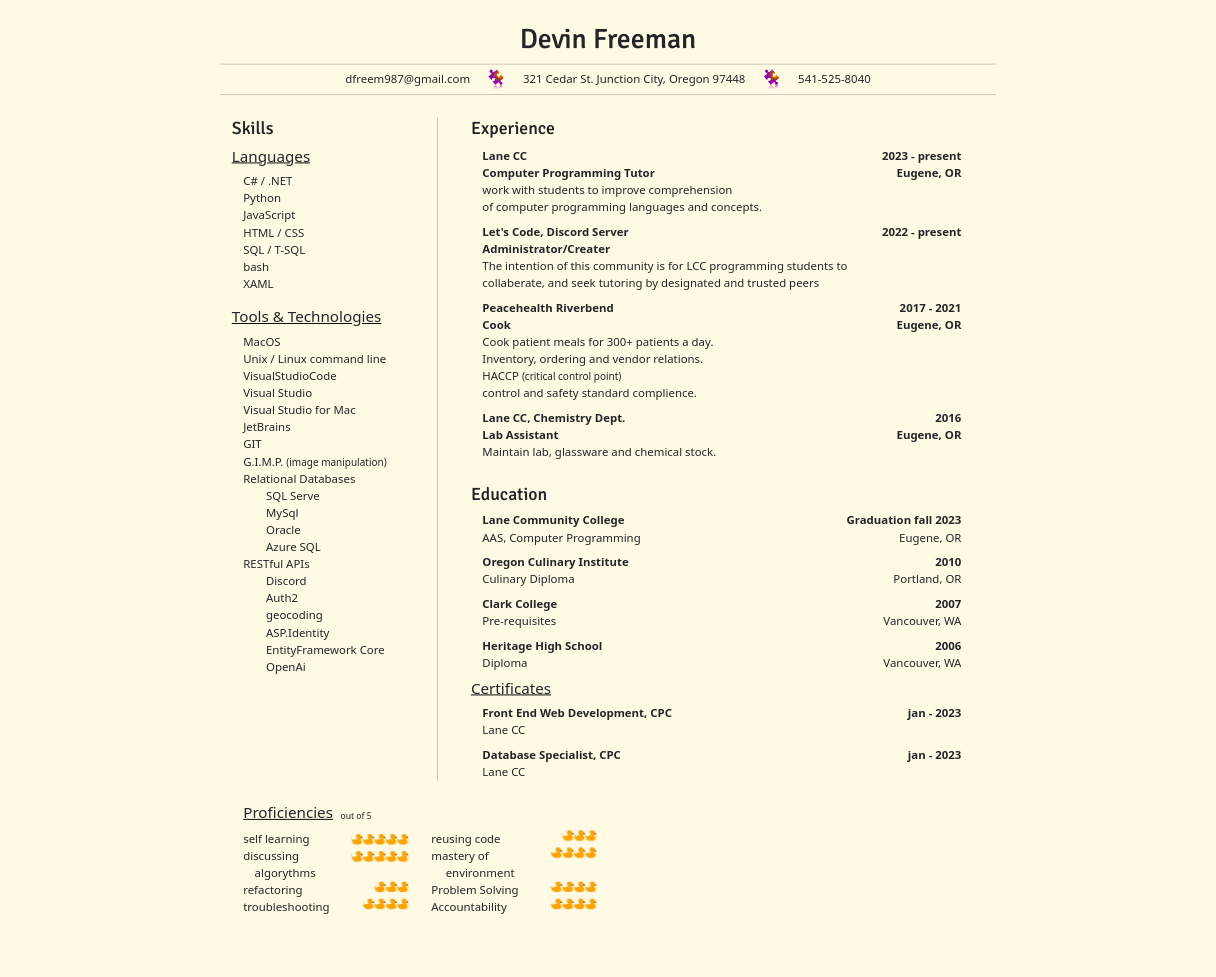
Repository: Dfreem/Resume
Page: index.html
The author's editor kept a copy of each file at every save. The page is drawn from the files as they stood at one save, then again after the next save.
The browser window is 1280 px wide. The pictures show the whole page, at 95% of full size.

Above is the page before, as saved 2023-02-13 13:07:31.

### index.html
<!DOCTYPE html>
<html lang="en">

<head>
    <meta charset="UTF-8">
    <meta http-equiv="X-UA-Compatible" content="IE=edge">
    <meta name="viewport" content="width=device-width, initial-scale=1.0">
    <link href="https://cdn.jsdelivr.net/npm/bootstrap@5.3.0-alpha1/dist/css/bootstrap.min.css" rel="stylesheet"
        integrity="sha384-GLhlTQ8iRABdZLl6O3oVMWSktQOp6b7In1Zl3/Jr59b6EGGoI1aFkw7cmDA6j6gD" crossorigin="anonymous">
    <link href="resume.css" rel="stylesheet" />
    <title>Devin Freeman</title>
</head>

<body>

    <h1>Devin Freeman</h1>
    <hr />

    <!-- ========= banner ========= -->

    <div class="personal-info">
        dfreem987@gmail.com
        &emsp;
        <span><img src="puzzle.png" class="puzzle-piece"></img></span>
        &emsp;
        321 Cedar St. Junction City, Oregon 97448
        &emsp;
        <span><img src="puzzle.png" class="puzzle-piece"></img></span>
        &emsp;
        541-525-8040
        <!-- &nbsp;freemand@my.lanecc.edu -->
    </div>
    <hr />
    <!-- ========= Skills start ========= -->

    <div class="hstack">
        <div class="vstack skill-stack">
            <h2>Skills</h2>

            <!-- ========= programming language list ========= -->

            <ul class="skill">
                <div class="d-flex flex-row flex-nowrap">
                    <h3>Languages</h3>
                </div>
                <li class="d-flex flex-row flex-nowrap">
                    C# / .NET</li>
                <li class="d-flex flex-row flex-nowrap">
                    Python</li>
                <li class="d-flex flex-row flex-nowrap">
                    JavaScript</li>
                <li class="d-flex flex-row flex-nowrap">
                    HTML / CSS</li>
                <li class="d-flex flex-row flex-nowrap">
                    SQL / T-SQL</li>
                <li class="d-flex flex-row flex-nowrap">
                    bash</li>
                <li class="d-flex flex-row flex-nowrap">
                    XAML</li>
            </ul>
            <ul class="skill">
                <div>
                    <h3>Tools & Technologies</h3>
                </div>
                <li>MacOS</li>
                <li>Unix / Linux command line</li>
                <li>VisualStudioCode</li>
                <li>Visual Studio</li>
                <li>Visual Studio for Mac</li>
                <li>JetBrains </li>
                <li>GIT</li>
                <li>G.I.M.P. <small>(image manipulation)</small></li>
                <li>
                    <ul>
                        Relational Databases
                        <li class="ms-4">SQL Serve</li>
                        <li class="ms-4">MySql</li>
                        <li class="ms-4">Oracle</li>
                        <li class="ms-4">Azure SQL</li>
                    </ul>
                </li>
                <li>
                    <ul>
                        RESTful APIs
                        <li class="ms-4">Discord</li>
                        <li class="ms-4">Auth2</li>
                        <li class="ms-4">geocoding</li>
                        <li class="ms-4">ASP.Identity</li>
                        <li class="ms-4">EntityFramework Core</li>
                        <li class="ms-4">OpenAi</li>
                    </ul>
                </li>
                <li>

                </li>
                <li>

                </li>
            </ul>

            <!-- ========= Soft Skills ========= -->


            <!-- ========= Professional References ========= -->

            <!-- <hr class="my-3" />
                <h3>References</h3>
                <dl class="profs me-2">
                    <dt class="d-flex flex-row flex-nowrap">
                        Bryce Fisher
                        <div class="push-right">
                            Lane CC, 2022
                        </div>
                    </dt>
                    <dd>
                        <b>collaborator / school colleague</b><br />
                        360-913-4165 <br />
                        bryce.e.fisher@gmail.com.
                    </dd>
                </dl>

                <dl class="profs me-2">
                    <dt class="d-flex flex-row flex-nowrap">
                        Ben Wilson
                        <div class="push-right">
                            Lane CC, 2022
                    </div>
                </dt>
                <dd>
                    <b>school colleague / tutee</b><br />
                    541-870-0555<br />
                    benosliw@gmail.com
                </dd>
            </dl>

            <dl class="profs me-2">
                <dt class="d-flex flex-row flex-nowrap">
                    Paul Frost
                    <div class="push-right">
                        Lane CC, 2022
                    </div>
                </dt>
                <dd>
                    <b>school colleague / tutee</b><br />
                    458-210-0711<br />
                    workpaulfrost@gmail.com<br />

                </dd>
            </dl> -->
        </div>
        <div class="vr my-4"></div>
        <div class="vstack work-stack">

            <!-- ========= Most Recent Work History ========= -->

            <dl class="work-history mt-4">
                <h2>Experience</h2>

                <!-- ========== Experience ========== -->

                <div class="container work-container">
                    <dt class="d-flex flex-nowrap flex-row">
                        Lane CC
                        <br />
                        Computer Programming Tutor
                        <div class="push-right">
                            2023 - present
                            <br />
                            Eugene, OR
                        </div>
                    </dt>
                    <dd class="ed-details">
                        work with students to improve comprehension <br /> of computer programming languages and
                        concepts.
                    </dd>
                </div>

                <div class="container work-container">
                    <dt class="d-flex flex-nowrap flex-row">
                        Let's Code, Discord Server<br />
                        Administrator/Creater
                        <div class="push-right">2022 - present</div>
                    </dt>
                    <dd class="ed-title">
                        The intention of this community is for LCC programming students to<br />
                        collaberate, and seek tutoring by designated and trusted peers
                    </dd>
                </div>
                <!-- ========== work history slot 2 ========== -->
                <div class="container work-container">
                    <dt class="d-flex flex-nowrap flex-row">
                        Peacehealth Riverbend
                        <br />
                        Cook
                        <div class="push-right">
                            2017 - 2021
                            <br />
                            Eugene, OR
                        </div>
                    </dt>
                    <dd class="ed-details">
                        Cook patient meals for 300+ patients a day. <br />
                        Inventory, ordering and vendor relations. <br />
                        HACCP <small>(critical control point)</small><br />
                        control and safety standard complience. <br />
                    </dd>
                </div>

                <!-- ========== work history slot 3 ========== -->
                <!--
                    <div class="container work-container">
                        <dt class="d-flex flex-nowrap flex-row">
                            McMenamins
                            <br />
                            Assistant kitchen manager
                            <div class="push-right">
                                2011-2013
                                <br />
                                Portland, OR
                                <br />
                            </div>
                        </dt>
                        <dd class="ed-details">
                            Staff management. Food order expeditor. <br />
                            Proficient in all stations including Pizza Kitchen.
                        </dd>
                    </div> -->

                <!-- ========== work history slot 3 ========== -->

                <div class="container work-container">
                    <dt class="d-flex flex-nowrap flex-row">
                        Lane CC, Chemistry Dept.
                        <br />
                        Lab Assistant
                        <div class="push-right">
                            2016
                            <br />
                            Eugene, OR
                        </div>
                    </dt>
                    <dd class="ed-details">Maintain lab, glassware and chemical stock.</dd>
                </div>
            </dl>

            <!-- ========== Education Start ========== -->

            <dl class="education">
                <h2>Education</h2>

                <!-- ========== Education slot 1 ========== -->

                <div class="container work-container">
                    <dt class="d-flex flex-nowrap flex-row">
                        <div class="ed-title">Lane Community College</div>
                        <div class="push-right">Graduation fall 2023</div>
                    </dt>
                    <dd class="d-flex flex-nowrap flex-row">
                        <div class="ed-title">AAS, Computer Programming </div>
                        <span class="push-right"> Eugene, OR </span>
                    </dd>
                </div>

                <!-- ========== Education slot 2 ========== -->

                <div class="container work-container">
                    <dt class="d-flex flex-nowrap flex-row">
                        <div class="ed-title">Oregon Culinary Institute</div>
                        <span class="push-right">2010</span>
                    </dt>
                    <dd class="d-flex flex-nowrap flex-row">
                        <div class="ed-title">Culinary Diploma</div>
                        <span class="push-right">Portland, OR</span>
                    </dd>
                </div>

                <!-- ========== Education slot 3 ========== -->

                <div class="container work-container">
                    <dt class="d-flex flex-nowrap flex-row">
                        <div class="ed-title">Clark College</div>
                        <span class="push-right">2007</span>
                    </dt>
                    <dd class="d-flex flex-nowrap flex-row">
                        <div class="ed-title">Pre-requisites</div>
                        <span class="push-right">Vancouver, WA</span>
                    </dd>
                </div>

                <!-- ========== Education slot 4 ========== -->

                <div class="container work-container">
                    <dt class="d-flex flex-nowrap flex-row">
                        <div class="ed-title">Heritage High School</div>
                        <span class="push-right">2006</span>
                    </dt>
                    <dd class="d-flex flex-nowrap flex-row">
                        <div class="ed-title">Diploma</div>
                        <span class="push-right">Vancouver, WA</span>
                    </dd>
                </div>
                <!-- ========= Certifications ========= -->


                <h3>Certificates</h3>
                <div class="container work-container">
                    <dt class="d-flex flex-row flex-nowrap">
                        <div class="ed-title">Front End Web Development, CPC</div>
                        <span class="push-right">jan - 2023</span>
                    </dt>
                    <dd>Lane CC</dd>
                </div>

                <div class="container work-container">
                    <dt class="d-flex flex-row flex-nowrap">
                        <div class="ed-title">Database Specialist, CPC </div>
                        <span class="push-right">jan - 2023</span>
                    </dt>
                    <dd>Lane CC
                    </dd>
                </div>
            </dl>
            <!-- <hr /> -->
        </div>
    </div>
    <div class="row container mx-auto profs ">
        <div class="d-flex flex-row flex-nowrap mx-auto">

            <h3>Proficiencies</h3>
            <div class="ms-2">
                <sub>out of 5</sub>
            </div>

        </div>
        <div class="col-3">
            <ul>
                <li class="d-flex flex-row flex-nowrap">
                    self learning<div class="push-right five"></div>
                </li>
                <li class="d-flex flex-row flex-nowrap">
                    discussing <br />&emsp;algorythms<div class="push-right five"></div>
                </li>
                <li class="d-flex flex-row flex-nowrap">
                    refactoring<div class="push-right three"></div>
                </li>
                <li class="d-flex flex-row flex-nowrap">
                    troubleshooting<div class="push-right four"></div>
                </li>
            </ul>
        </div>
        <div class="col-3">
            <ul class="profs">
                </class=>
                <li class="d-flex flex-row flex-nowrap">
                    reusing code<div class="push-right three"></div>
                </li>
                <li class="d-flex flex-row flex-nowrap">
                    mastery of <br />&emsp; environment<div class="push-right four">
                    </div>
                </li>
                <li class="d-flex flex-row flex-nowrap">
                    Problem Solving<div class="push-right four"></div>
                </li>
                <li class="d-flex flex-row flex-nowrap">
                    Accountability<div class="push-right four"></div>
                </li>
            </ul>
        </div>

</body>
<script src="https://cdn.jsdelivr.net/npm/bootstrap@5.3.0-alpha1/dist/js/bootstrap.bundle.min.js"
    integrity="sha384-w76AqPfDkMBDXo30jS1Sgez6pr3x5MlQ1ZAGC+nuZB+EYdgRZgiwxhTBTkF7CXvN"
    crossorigin="anonymous"></script>

</html>

### resume.css
@import url('https://fonts.googleapis.com/css2?family=Raleway:ital,wght@0,500;0,700;0,800;1,500&family=Signika:wght@400;500;700&display=swap');

/*
font-family: 'Raleway', sans-serif;
font-family: 'Signika', sans-serif;
*/
body {
    /* padding-inline: 0.5in; */
    padding-block-start: 2em;
    margin: auto;
    margin-bottom:0.5in;
    max-width: 8.5in;
    min-width: 8.5in;
    max-height: 11in;
    font-size: 12px;
    background-color: rgb(255, 250, 228);
}

.personal-info {
    text-align: center;
    margin-bottom: 0;
}

h1 {
    font-family: 'Signika', sans-serif;
    text-align: center;
    font-size: 22pt;
    letter-spacing: 105%;
}

h2 {
    font-family: 'Signika', sans-serif;
    font-size: 14pt;
    margin-block-start: 0;
}

h3 {
    font-size: 12pt;
    width: fit-content;
    text-decoration: underline solid black;
}

h4 {
    font-size: 12pt;
}

.puzzle-piece {
    width: 1.6em;
    margin-block: .3em;
}

.work-history {
    min-width: 90%;
    align-self: flex-end;
    margin-inline-end: 2em;
}

.seperater {
    position: relative;
    right: -35%;
    height:25px;
}

.education {
    align-self: flex-end;
    margin-inline-end: 2em;
    width: 90%;
}

.skill-stack {
    min-width:25%;
    max-width: 25%;
    margin-inline:1em;
    margin-block-end: 1em;
    margin-top: 2em;
    height: fit-content;
    /* background-color: chartreuse; */
}

.push-right {
    margin-inline-start: auto;
    text-align: right;
}

.profs {
    font-size: 12px;
    position:relative;
    /* margin:auto; */
}

.five {
    background-image: url("ducky.png");
    background-size: 12px;
    background-repeat: repeat-x;
    width:60px;
    background-position: 0 4px;
 }

.four {
    background-image: url("ducky.png");
    background-size: 12px;
    background-repeat: repeat-x;
    width:48px;
    /* background-position: ; */
}

.three {
    background-image: url("ducky.png");
    background-size: 12px;
    background-repeat: repeat-x;
    width:36px;
 }
.two {
    background-image: url("ducky.png");
    background-size: 12px;
    background-repeat: repeat-x;
    width:24px;
 }

 .skill > li {
    text-indent: 1em;
 }

hr {
    margin-block: 0;
}

ul {
    padding-Inline: 0;
}

li {
    list-style: none;
}

After the next save:
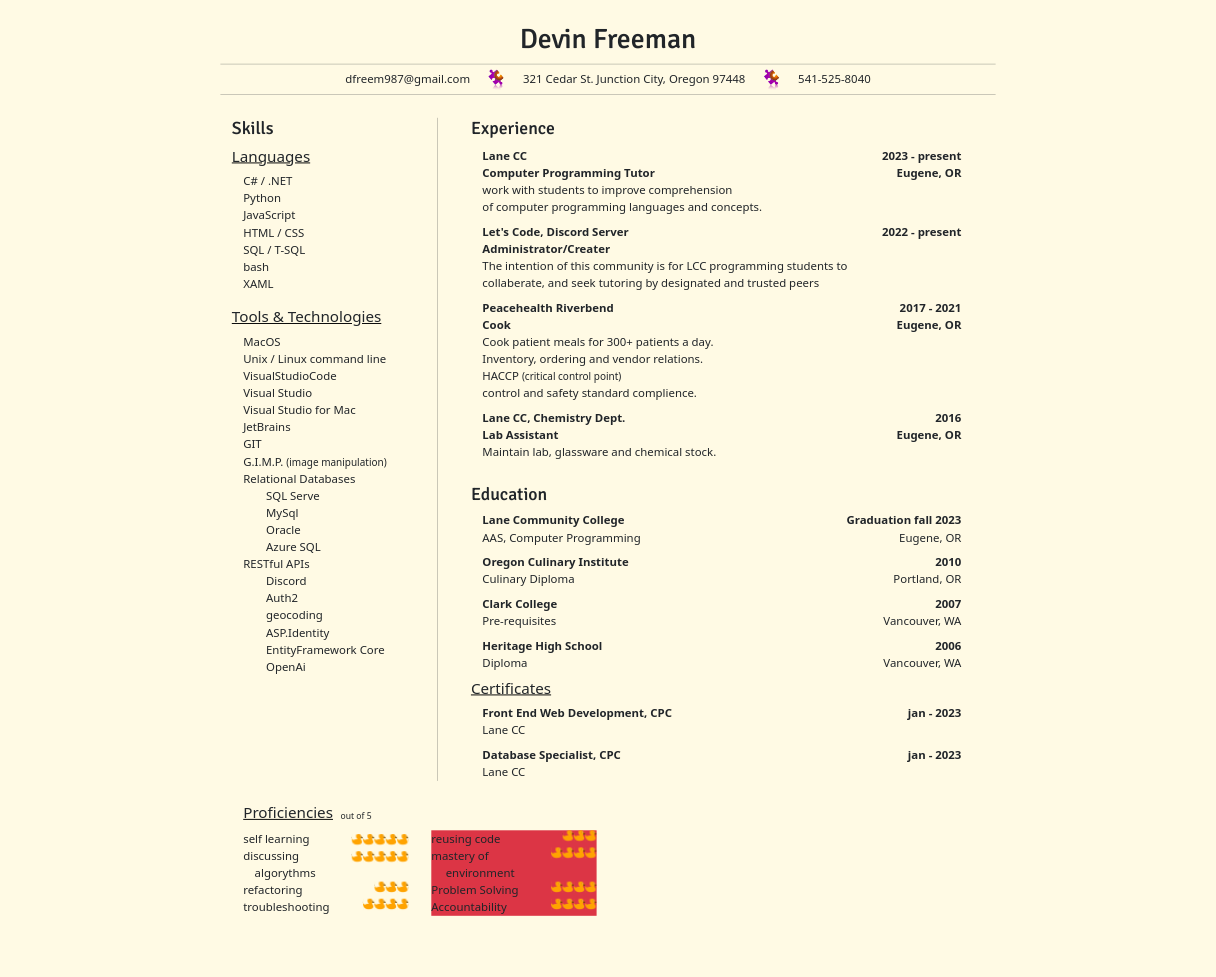
Saved 8 s later.
--- a/index.html
+++ b/index.html
@@ -349,7 +349,7 @@
             </ul>
         </div>
         <div class="col-3">
-            <ul class="profs">
+            <ul class="profs bg-danger">
                 </class=>
                 <li class="d-flex flex-row flex-nowrap">
                     reusing code<div class="push-right three"></div>

After the save that followed:
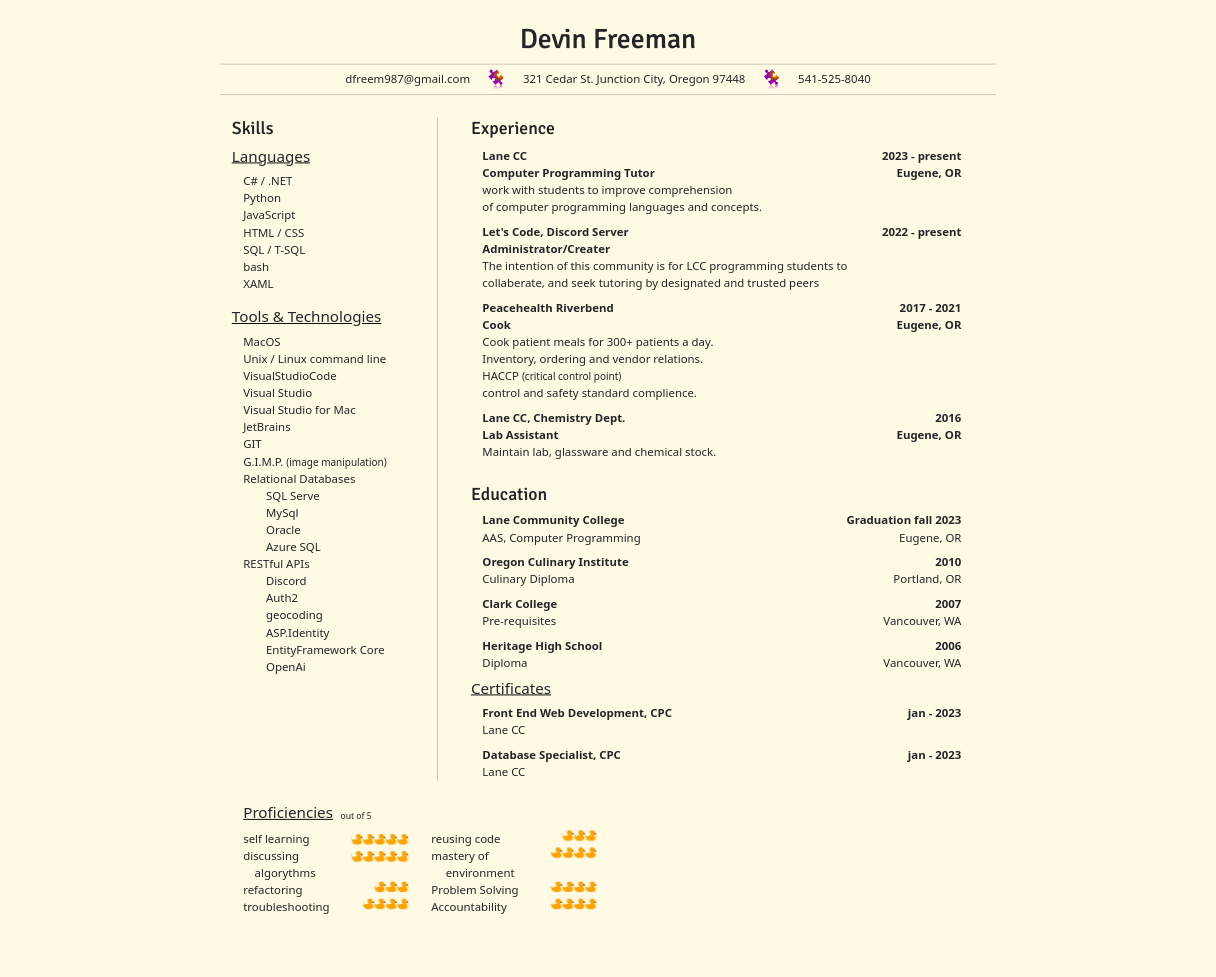
Saved 24 s later.
--- a/index.html
+++ b/index.html
@@ -349,7 +349,7 @@
             </ul>
         </div>
         <div class="col-3">
-            <ul class="profs bg-danger">
+            <ul class="profs">
                 </class=>
                 <li class="d-flex flex-row flex-nowrap">
                     reusing code<div class="push-right three"></div>
